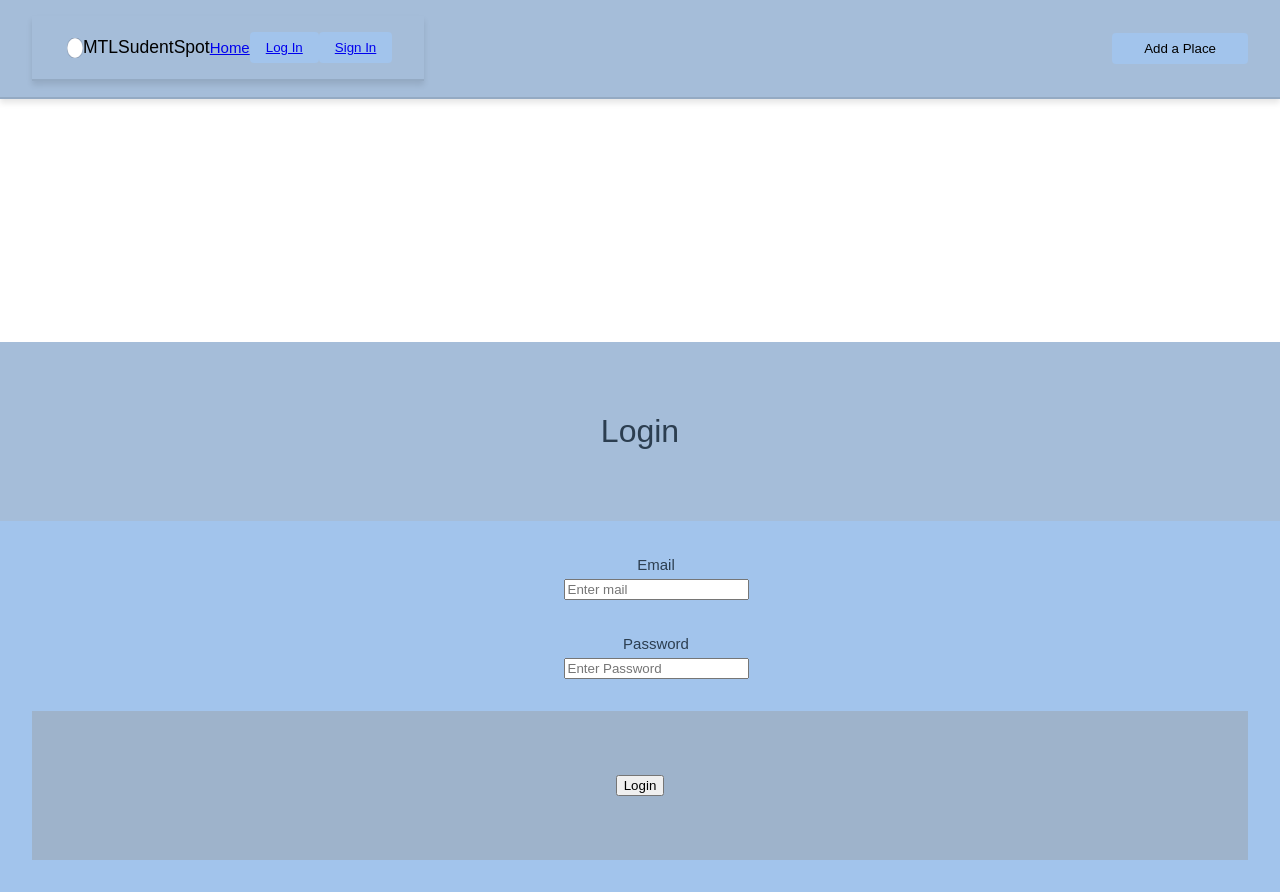
Repository: KevMn6ix/MOD8-2232-GRA-Damois-Leroi--Morant-Munto
Page: /login (app in client/)
An editor plug-in stored every save of this project. The page is shown before and after the next save, followed by the edit.
The browser window is 1280 px wide. The pictures show the whole page.
The project was rebuilt for these pictures with package versions that can differ from the ones it lists, and the page was loaded fresh each time. Also part of the build but not shown: client/vite.config.js, client/src/components/HelloWorld.vue, client/src/components/NavBar.vue, client/src/components/RowLandingPage.vue, client/src/components/PlaceItem.vue, client/src/components/PlaceList.vue.

Above is the page before, as saved 2023-10-18 13:08:07.

### client/index.html
<!DOCTYPE html>
<html lang="en">
  <head>
    <meta charset="UTF-8">
    <link rel="icon" href="/favicon.ico">
    <link href="https://cdnjs.cloudflare.com/ajax/libs/font-awesome/5.15.3/css/all.min.css" rel="stylesheet">

    <meta name="viewport" content="width=device-width, initial-scale=1.0">
    <title>Vite App</title>
  </head>
  <body>
    <div id="app"></div>
    <script type="module" src="/src/main.js"></script>
  </body>
</html>

### client/src/assets/main.css
@import './base.css';
/*
#app {
  max-width: 1280px;
  margin: 0 auto;
  padding: 2rem;

  font-weight: normal;
}

a,
.green {
  text-decoration: none;
  color: hsla(160, 100%, 37%, 1);
  transition: 0.4s;
}

@media (hover: hover) {
  a:hover {
    background-color: hsla(160, 100%, 37%, 0.2);
  }
}

@media (min-width: 1024px) {
  body {
    display: flex;
    place-items: center;
  }

  #app {
    display: grid;
    grid-template-columns: 1fr 1fr;
    padding: 0 2rem;
  }
}
*/
@media (prefers-color-scheme: dark) {
  button {
    color:black;
  }
  input {
    color: white;
    background-color: black;
  }
}

### client/src/App.vue
<script setup>
import { RouterLink, RouterView } from 'vue-router'
import HelloWorld from './components/HelloWorld.vue'
</script>

<template >
  <RouterView />

</template>

<style scoped>
template {
  display: flex;
  flex-direction: column;
}

header {
  line-height: 1.5;
  max-height: 100vh;
}

.logo {
  display: block;
  margin: 0 auto 2rem;
}

nav {
  width: 100%;
  font-size: 12px;
  text-align: center;
  margin-top: 2rem;
}

nav a.router-link-exact-active {
  color: var(--color-text);
}

nav a.router-link-exact-active:hover {
  background-color: transparent;
}

nav a {
  display: inline-block;
  padding: 0 1rem;
  border-left: 1px solid var(--color-border);
}

nav a:first-of-type {
  border: 0;
}

@media (min-width: 1024px) {
  header {
    display: flex;
    place-items: center;
    padding-right: calc(var(--section-gap) / 2);
  }

  .logo {
    margin: 0 2rem 0 0;
  }

  header .wrapper {
    display: flex;
    place-items: flex-start;
    flex-wrap: wrap;
  }

  nav {
    text-align: left;
    margin-left: -1rem;
    font-size: 1rem;

    padding: 1rem 0;
    margin-top: 1rem;
  }
}
</style>

### client/src/router/index.js
import { createRouter, createWebHistory } from 'vue-router'
import HomeView from '../views/HomeView.vue'

const router = createRouter({
  history: createWebHistory(import.meta.env.BASE_URL),
  routes: [
    {
      path: '/',
      name: 'home',
      component: HomeView
    },
    {
      path: '/about',
      name: 'about',
      // route level code-splitting
      // this generates a separate chunk (About.[hash].js) for this route
      // which is lazy-loaded when the route is visited.
      component: () => import('../views/AboutView.vue')
    },
    {
      path: '/login',
      name: 'login',

      component: () => import('../views/LoginPage.vue')
    },
    {
      path: '/register',
      name:'register',

      component: () => import('../views/RegisterPage.vue')
    },
    {
      path: '/places/:types',
      name: 'PlacesList',

      component: () => import('../views/PlaceListView.vue')
    },
    {
      path: '/places/review/:id',
      name : 'review',

      component: () => import('../views/PlaceReview.vue')
    },
    {

      path: '/places/:types/:id',
      name: 'PlacePage',

      component: () => import('../views/PlacesPage.vue')

    },
    {
      path: '/places/add',
      name: 'AddPlace',

      component: () => import('../views/AddPageView.vue')
    }
  ]
})

export default router

### client/src/views/HomeView.vue
<script setup>
import { ref } from 'vue'
import NavBar from '../components/NavBar.vue';
import RowLandingPage from '../components/RowLandingPage.vue';
import PlaceList from '../components/PlaceList.vue';
import { RouterLink} from 'vue-router'
import UsePlaceService from '../../server/services/places-service.js';
const userInput = ref('');
const placeService = UsePlaceService();
console.log(placeService.findPlaces())
const tempListPlace = placeService.findPlace()
console.log(tempListPlace)
</script>

<template>
  <header>
    <NavBar @user-input="(termInputed) => {userInput = termInputed;}"/>
  </header>

  <main id="home-body">
    <div v-if="userInput === ''">
    <h1>
      Visit the most beautiful places with MTL<br>Student Spot !
    </h1>
    <ul id="browse">
      <li id="travel"><RouterLink :to="{name : 'PlacesList', params : {types: 'travel'}}"><RowLandingPage textId="travel" textTitle="Travel"/></RouterLink></li>
      <li id="restaurant"><RouterLink :to="{name : 'PlacesList', params : {types: 'restaurants'}}"><RowLandingPage textId="restaurant" textTitle="Restaurant"/></RouterLink></li>
      <li id="activity"><RouterLink :to="{name : 'PlacesList', params : {types: 'activities'}}"><RowLandingPage textId="activity" textTitle="Activity"/></RouterLink></li>
  </ul>
  </div>
  <div v-else id="research">
    <PlaceList :searchTerms="userInput" :placeArray="placeService.findPlaces()"/>
  </div>
  </main>
  <footer>
    <a href="#" aria-label="SoundCloud">
        <i class="footer-icon">🎵</i>  <!-- Emoji used as placeholder for your icons -->
    </a>
    <a href="#" aria-label="Twitter">
        <i class="footer-icon">🐦</i>  <!-- Emoji used as placeholder for your icons -->
    </a>
    <a href="#" aria-label="YouTube">
        <i class="footer-icon">▶️</i>  <!-- Emoji used as placeholder for your icons -->
    </a>
    <a href="#" aria-label="Instagram">
        <i class="footer-icon">📷</i>  <!-- Emoji used as placeholder for your icons -->
    </a>
    <a href="#" aria-label="Facebook">
        <i class="footer-icon">📘</i>  <!-- Emoji used as placeholder for your icons -->
    </a>
  </footer>

</template>
<style >
body, html {
    font-family: Arial, sans-serif;
    margin: 0;
    padding: 0;
}

:root {
    --color-background-header: #A5BDD9;
    --color-background-default: #A5BDD9;
    --color-background-travel: #a2c4ec;
    --color-background-activity: #9EB3CB;
    --text-color-default: #000;
    --text-navbar-color-default: #FFF;
    --color-navbar: #FFF;
    --color-input: #A5BDD9;
    --button-border: #312e2e;
}

/* Dark Mode Variables */
@media (prefers-color-scheme: dark) {
    :root {
        --color-background-header: #A5BDD9;  /* Adjusted for contrast in dark mode */
        --text-color-default: #FFF;
        --text-navbar-color-default: #000;
        --color-navbar: #312e2e;
        --color-input: #FFF;
        --button-border: #FFF;
        /* The blue shades remain the same as you wanted */
    }
}

/* Header styles */
header {
    display: flex;
    justify-content: space-between;
    align-items: center;
    padding: 1rem 2rem;
    background-color: var(--color-background-header);
    color: var(--text-color-default);
    box-shadow: 0 4px 6px rgba(0, 0, 0, 0.1);
    border-bottom: 2px solid rgba(0, 0, 0, 0.1);
}

header > div:last-child {
    display: flex;
    gap: 1rem;

    a, button {
        padding: 0.5rem 1rem;
        border-radius: 0.25rem;
        transition: background-color 0.3s ease;
        text-decoration: none;
    }

    button {
        background-color: var(--color-background-travel);
        color: #FFF;
        border: none;
        cursor: pointer;
    }

    a {
        color: var(--text-color-default);
    }

    button:hover, a:hover {
        background-color: #7faedc;
    }
}

/* Main content styles */
main {
    background-color: var(--color-background-default);
    text-align: center;
    padding: 2rem 0;
    color: var(--text-color-default);
}

#home-body {

    background-image: url('../assets/montrealbynight.jpg');
    background-size: 1520px;
    background-repeat: repeat;
    background-position: 30%;
    position: relative;
    z-index: 1;
}

#home-body::before {
    content: '';
    display: block;
    position: absolute;
    top: 0;
    right: 0;
    bottom: 0;
    left: 0;
    background-color: rgba(2, 7, 16, 0.84);
    z-index: -1;
}

h1 {
    font-size: 2.5rem;
    margin-bottom: 2rem;
    color: white;
}

ul#browse {
    list-style: none;
    padding: 0;
    display: flex;
    flex-direction: column;
    margin: 0;
}

ul#browse li {
  padding: 0;
  margin: 0px;
  border: 5px solid white;
  border-bottom: 0px;
  transition: background-color 0.3s ease;
  height: 350px;
  background-size: cover;
  display: flex;
  justify-content: center;
  align-items: center;
  font-weight: bold;

}

ul#browse li#activity{

    border-bottom: 5px solid white;

}

ul#browse li > * {
    color: black;
    font-weight: bold;
    width: 100%;
    text-align: center;
}

#travel > *{
    text-align: left;
}

#restaurant > *{
    text-align: right;
}


#restaurant, #travel, #activity {
    background-size: cover;
    position: relative;
}

#restaurant::before, #travel::before, #activity::before {

    content: "";
    position: absolute;
    top: 0;
    right: 0;
    bottom: 0;
    left: 0;
    background-color: inherit;
    opacity: 0.40;
    pointer-events: none;
}


#restaurant {
    background-image: url('../assets/restaurant.jpg');
    background-color: var(--color-background-default);
    background-position: center;
    justify-content: flex-end;
}

#travel {
    background-image: url('../assets/travel.jpg');
    background-color: var(--color-background-travel);
    background-position: center;
    justify-content: flex-start;
}

#activity {
    background-image: url('../assets/jetski.jpg');
    background-color: var(--color-background-activity);
    background-position: center;
    justify-content: flex-start;

}

/* Add hover effects */
ul#browse li:hover {
    background-color: rgba(0, 0, 0, 0.1);
}

/* Footer styles */
footer {
  z-index: 1000;
    display: flex;
    justify-content: space-around;
    align-items: center;
    bottom: 0;

    left: 0;
    width: 100%;
    background-color: #1a1a1a;
    padding: 10px 0;
}

.footer-icon {
    font-size: 24px;
    color: white;
    transition: 0.3s;
}

footer a:hover .footer-icon {
    color: #A5BDD9;
}

/* Media Queries for screen size */
@media screen and (max-width: 768px) {  /* For tablets */
    header {
        flex-direction: column;
    }

    ul#browse {
        gap: 0.5rem;
    }

    footer {
        flex-wrap: wrap;
    }
}

@media screen and (max-width: 480px) {  /* For mobile phones */
    header > div {
        flex-direction: column;
        gap: 0.5rem;
    }

    h1 {
        font-size: 2rem;
    }

    ul#browse li {
        padding: 0.5rem 0;
    }

    footer {
        flex-direction: column;
    }
}
</style>

### client/src/views/LoginPage.vue
<script setup>
import Login from '../components/Login.vue'
import BarOutsideHome from '../components/BarOutsideHome.vue';
</script>

<template>
<header>
    <BarOutsideHome/>
</header>
    <Login />
</template>

<style>

</style>

### client/src/components/Login.vue
<script>
import AuthentificationService from '@/services/AuthentificationService';

export default {
    name: 'LoginForm',
    data() {
        return {
            email: '',
            password: '',
        };
    },
    methods : {
        async login () {
            const response = await AuthentificationService.login({
                email: this.email,
                password: this.password
            })
            console.log(response)
        }
    }

}

</script>

<template>
    <div class="title-container">
        <h1>Visit the most beautiful places with MTL Student Spot</h1>
    </div>

    <div class="login-container">
        <h2>Login</h2>
    </div>

    <form class="form-container" @submit.prevent="login" >
        <div class="input-pair">
            <label for="">Email</label>
            <input type="text" placeholder="Enter mail">
        </div>

        <div class="input-pair">
            <label for="">Password</label>
            <input type="text" placeholder="Enter Password">
        </div>

        <div class="button-container">
            <button class="submit">Login</button>
        </div>
    </form>


</template>

<style scoped >

.title-container h1{
    padding: 5rem;
    font-size: 2rem;
    text-align: center;
}

.login-container {
    background-color: #A5BDD9;
    padding: 4rem;
    text-align: center;
}

h2{
    font-size: 2rem;
}

.form-container{
    background-color: #a2c4ec;;
    display: flex;
    flex-direction: column;
    padding: 2rem;
    gap: 2rem;
}

.input-pair{
    display: flex;
    flex-direction: column;
    align-items: center;
    padding-left: 2rem;
    gap: 0.1rem;
}


.button-container {
    background-color: #9EB3CB;
    padding: 4rem ;
    display: flex;
  justify-content: center;
  align-items: center;
}

@media (prefers-color-scheme: dark) {
    .login-container {
        background-color: #a5bdd957;
    }
    .form-container {
        background-color: #a2c4ec75;
    }
    .button-container {
        background-color: #9eb3cb48;
    }
}

</style>

### client/src/components/BarOutsideHome.vue
<script setup>
import { ref } from 'vue'
import LoginPage from '../views/LoginPage.vue'
import { RouterLink } from 'vue-router';
import TheSubHeader from './TheSubHeader.vue';
const emit = defineEmits(['user-input'])
const UserInput = ref('')
function sendUserInput() {
    console.log(UserInput.value)
    emit('user-input', UserInput.value)
}
</script>
/** This component is the bar at the top of the screen */
<template>
    <nav id="head-bar">
        <img src="../assets/logoMTL.png">
        <h3>
            MTLSudentSpot
        </h3>
        <RouterLink to="/">
            Home
        </RouterLink>
        <div>
        <button>
            <router-link to='/login'>Log In</router-link>
        </button>
        <button>
            <router-link to="/register">Sign In</router-link>
        </button>
    </div>
</nav>
<div id="sub-header">
<TheSubHeader/></div>
</template>
<style scoped>
nav {
    display: flex;
    justify-content: space-between;
    align-items: center;
    padding: 1rem 2rem;
    background-color: var(--color-background-header);
    color: var(--text-color-default);
    box-shadow: 0 4px 6px rgba(0, 0, 0, 0.1);
    border-bottom: 2px solid rgba(0, 0, 0, 0.1);
}

button {
    background-color: var(--color-background-travel);
    color: #FFF;
    border: none;
    padding: 0.5rem 1rem;
    border-radius: 0.25rem;
    cursor: pointer;
    transition: background-color 0.3s ease;
}

button:hover {
    background-color: #7faedc;
}

img {
    height: 20px;
    width: 16px;
    margin-left: 3px;
}


#sub-header {
    text-align: center;
}
</style>

### client/src/components/TheSubHeader.vue
<script setup>
import { RouterLink } from 'vue-router';
</script>
<template>
    <button>
      <RouterLink to="/places/add"> Add a Place</RouterLink>
    </button>
</template>
<style scoped>
:root {
  --light-color-background-restaurant: #A5BDD9;
    --light-color-background-travel: #a2c4ec;
    --light-color-background-activity: #9EB3CB;
    --dark-color-background-restaurant: #a2c4ec9d;
    --dark-color-background-travel: #a5bdd971;
    --dark-color-background-activity: #9eb3cb0e;
    --color-background-restaurant: var(--light-color-background-restaurant);
    --color-background-travel: var(--light-color-background-travel);
    --color-background-activity: var(--light-color-background-activity);
    @media (prefers-color-scheme: dark) {
      --color-background-restaurant: var(--dark-color-background-restaurant);
        --color-background-travel: var(--dark-color-background-travel);
        --color-background-activity: var(--dark-color-background-activity);
    }
}
p {
    min-width: 333px;
    text-align: center;
    size: 50%;
    padding: 0;
    margin: 0;
}
</style>

### client/src/services/AuthentificationService.js
import Api from "./Api"

export default {
    register (creditentials) {
        return Api().post('register', creditentials)
    },

    login(creditentials) {
        return Api().post('login', creditentials)
    }
}

// AuthentificationService.register({
//   email: 'testing@gmail.com',
//   password: '123456'
//  })

Loaded but not shown: client/src/main.js (common file); client/src/assets/base.css (common file); client/src/services/Api.js (common file); client/server/services/places-service.js (137 lines, source omitted)

After the next save:
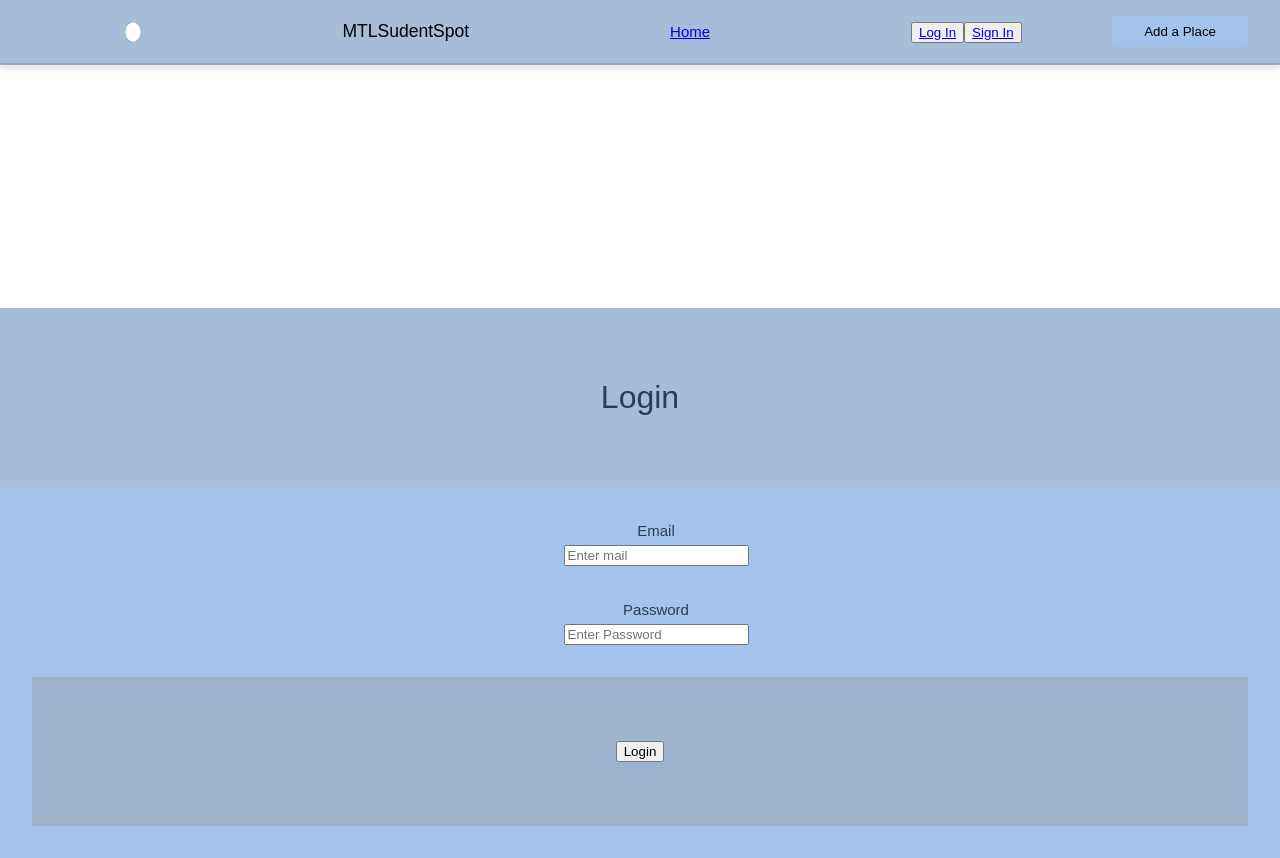
Saved 15 s later.
--- a/client/src/components/BarOutsideHome.vue
+++ b/client/src/components/BarOutsideHome.vue
@@ -32,39 +32,27 @@
 <div id="sub-header">
 <TheSubHeader/></div>
 </template>
-<style scoped>
+<style>
 nav {
     display: flex;
-    justify-content: space-between;
+    flex-wrap: wrap;
+    justify-content: space-around;
     align-items: center;
-    padding: 1rem 2rem;
-    background-color: var(--color-background-header);
-    color: var(--text-color-default);
-    box-shadow: 0 4px 6px rgba(0, 0, 0, 0.1);
-    border-bottom: 2px solid rgba(0, 0, 0, 0.1);
+    padding: 0;
+    margin: 0;
+    align-items: center;
+    flex-grow: 3;
+    min-width: 178px;
+    gap: 20px;
 }
-
-button {
-    background-color: var(--color-background-travel);
-    color: #FFF;
-    border: none;
-    padding: 0.5rem 1rem;
-    border-radius: 0.25rem;
-    cursor: pointer;
-    transition: background-color 0.3s ease;
-}
-
-button:hover {
-    background-color: #7faedc;
-}
-
 img {
+    margin-left: 3px;
     height: 20px;
     width: 16px;
-    margin-left: 3px;
 }
-
-
+input {
+    flex-grow: 3;
+}
 #sub-header {
     text-align: center;
 }

After the 2 saves that followed:
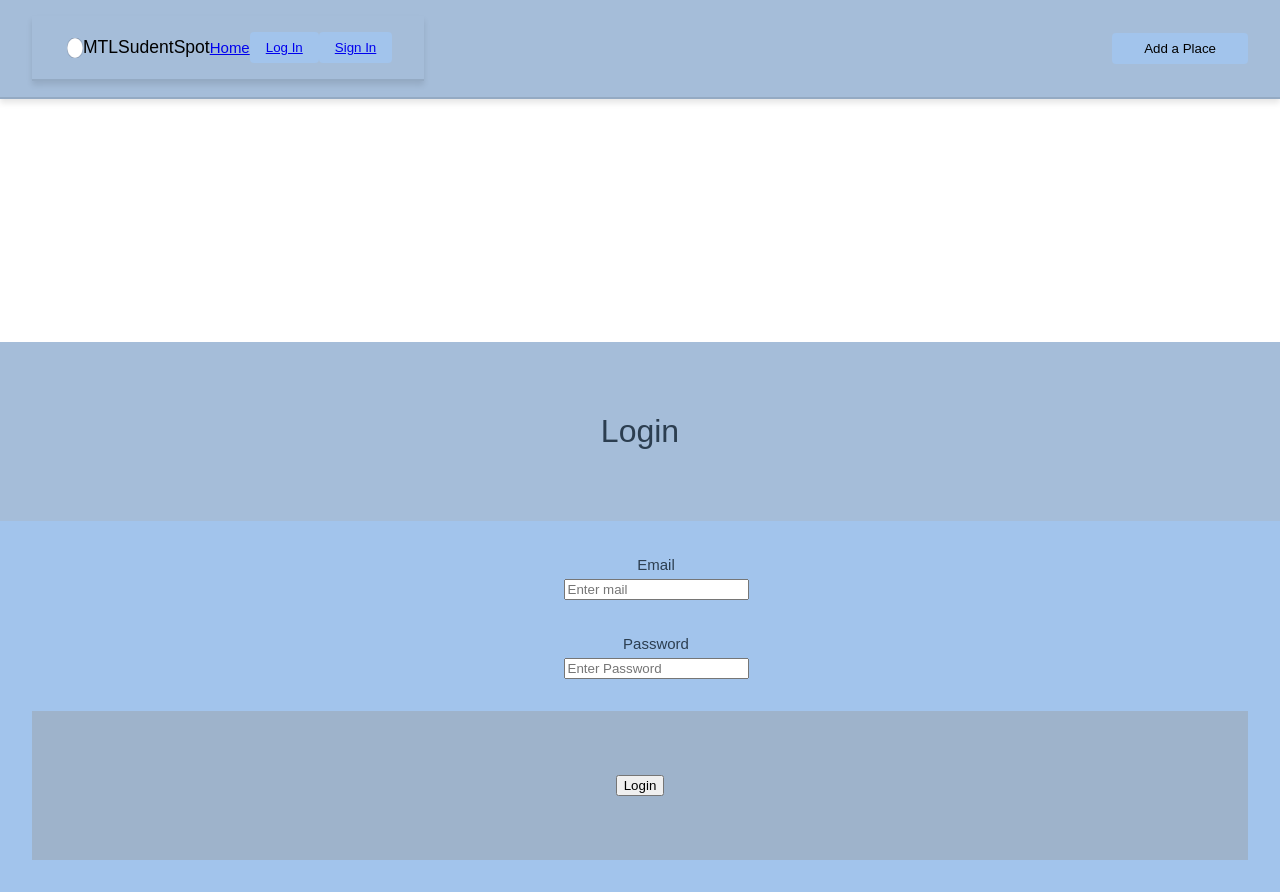
The 2 saves are shown as one change because 1 left the picture as it was.
The last was saved 22 s later.
--- a/client/src/components/BarOutsideHome.vue
+++ b/client/src/components/BarOutsideHome.vue
@@ -32,27 +32,48 @@
 <div id="sub-header">
 <TheSubHeader/></div>
 </template>
-<style>
+<style scoped>
 nav {
     display: flex;
-    flex-wrap: wrap;
-    justify-content: space-around;
+    justify-content: space-between;
     align-items: center;
-    padding: 0;
-    margin: 0;
-    align-items: center;
-    flex-grow: 3;
-    min-width: 178px;
-    gap: 20px;
+    padding: 1rem 2rem;
+    background-color: var(--color-background-header);
+    color: var(--text-color-default);
+    box-shadow: 0 4px 6px rgba(0, 0, 0, 0.1);
+    border-bottom: 2px solid rgba(0, 0, 0, 0.1);
 }
+
+button {
+    background-color: var(--color-background-travel);
+    color: #FFF;
+    border: none;
+    padding: 0.5rem 1rem;
+    border-radius: 0.25rem;
+    cursor: pointer;
+    transition: background-color 0.3s ease;
+}
+
+button:hover {
+    background-color: #7faedc;
+}
+
 img {
-    margin-left: 3px;
     height: 20px;
     width: 16px;
+    margin-left: 3px;
 }
+
 input {
     flex-grow: 3;
+    padding: 0.5rem;
+    border: none;
+    border-radius: 0.25rem;
+    background-color: var(--color-background-default);
+    color: var(--text-color-default);
+    margin: 0 1rem;
 }
+
 #sub-header {
     text-align: center;
 }
